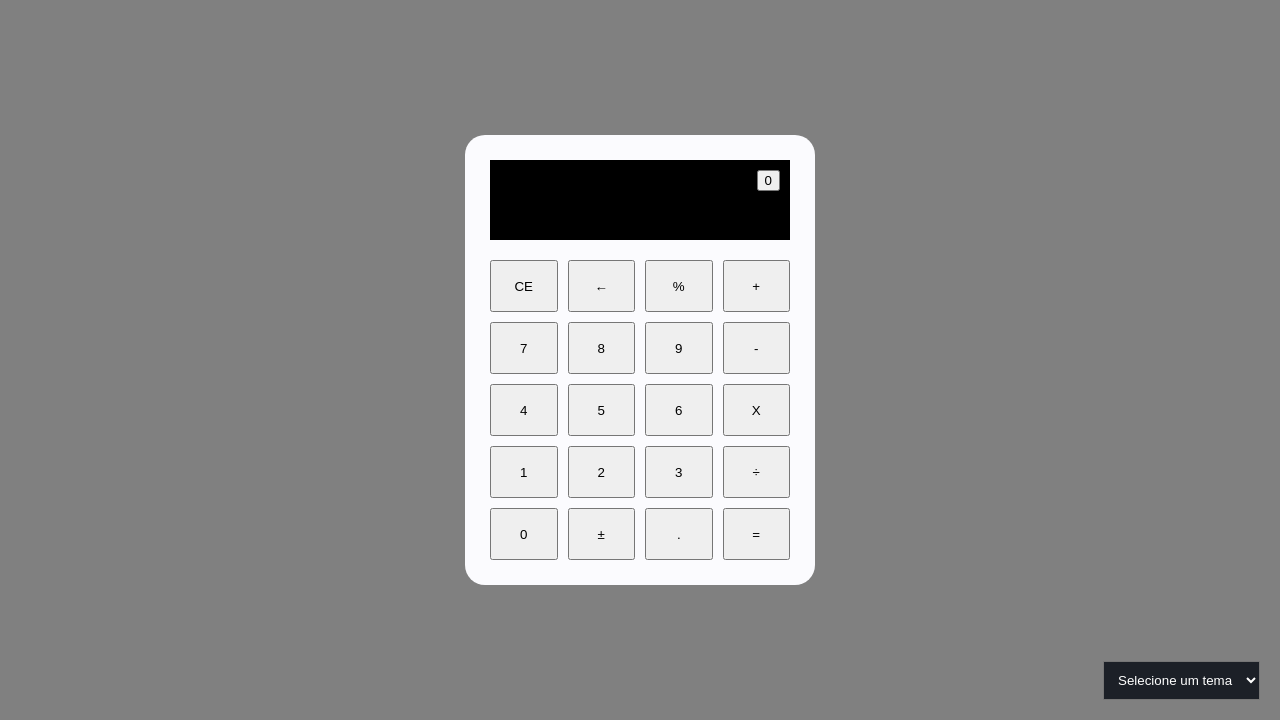
Repository: thislucasme/changing-theme-color-html-css-js
Page: index.html
These files come from the project's save history. The page is drawn as it stood at one moment and after the next save; the edit follows.
The browser window is 1280 px wide. The pictures show the whole page.

Above is the page before, as saved 2022-06-29 16:13:08.

### index.html
<!DOCTYPE html>
<html lang="pt_BR">

<head>
    <meta charset="UTF-8">
    <meta http-equiv="X-UA-Compatible" content="IE=edge">
    <meta name="viewport" content="width=device-width, initial-scale=1.0">
    <title>Atividade 22 - Calculadora Javascript</title>
    <link href="css/estilo.css" rel="stylesheet"/>
</head>

<body>
    <div class="calculadora">
        <div class="painel">
            <div class="operacao"></div>
            <div class="resultado"></div>
            <button id="resultado" name="resultado">0</button>
        </div>

        <div class="botoes">
            <button class="botao" id="apagar" onclick="limpar(0)">CE</button>
            <button class="botao" id="apagar" onclick="apagarUltimo()">&#8592;</button>
            <button class="botao" id="porcentagem" onclick="porcentagem()">%</button>
            <button class="botao" id="soma" onclick="verificarSinal('+')">+</button>
            <button class="botao" id="sete" onclick="pegarNumero(7)">7</button>
            <button class="botao" id="oito" onclick="pegarNumero(8)">8</button>
            <button class="botao" id="nove" onclick="pegarNumero(9)">9</button>
            <button class="botao" id="subtrair" onclick="verificarSinal('-')">-</button>
            <button class="botao" id="quatro" onclick="pegarNumero(4)">4</button>
            <button class="botao" id="cinco" onclick="pegarNumero(5)">5</button>
            <button class="botao" id="seis" onclick="pegarNumero(6)">6</button>
            <button class="botao" id="multiplicar" onclick="verificarSinal('x')">X</button>
            <button class="botao" id="um" onclick="pegarNumero(1)">1</button>
            <button class="botao" id="dois" onclick="pegarNumero(2)">2</button>
            <button class="botao" id="3" onclick="pegarNumero(3)">3</button>
            <button class="botao" id="dividir" onclick="verificarSinal('/')">&#247;</button>
            <button class="botao" id="0" onclick="pegarNumero(0)">0</button>
            <button class="botao" id="mais/menos" onclick="mudarSinal()">&#177;</button>
            <button class="botao" id="virgula" onclick="colocarPonto()">.</button>
            <button class="botao" id="igual" onclick="darResultado()">=</button>
        </div>
    </div>
    <select name="tema" id="tema" >
        <option value="t">Selecione um tema</option>
        <option value="tema-1">Tema 1</option>
        <option value="tema-2">Tema 2</option>
        <option value="tema-3">Tema 3</option>
        <option value="tema-4">Tema 4</option>
        <option value="tema-5">Tema 5</option>
    </select>
</body>

<script src="js/script.js" ></script>

</html>

### css/estilo.css
body {
    background-color: grey;
}

html {
    margin: 0;
    padding: 0;
    height: 100vh;
    display: flex;
    justify-content: center;
    align-items: center;
}

.theme-light {
    --color-primary: #0060df;
    --color-secondary: #fbfbfe;
    --color-accent: #fd6f53;
    --font-color: #000000;
    --display-color: #000000;
}

.theme-dark {
    --color-primary: #17ed90;
    --color-secondary: #243133;
    --color-accent: #12cdea;
    --font-color: #ffffff;
    --display-color: #000000;
}

.calculadora {
    width: 300px;
    height: 400px;
    background-color: var(--color-secondary);
    border-radius: 20px;
    padding: 25px;
    display: flex;
    flex-direction: column;

}

.apagar {
    background-color: red;
}



.painel {
    height: 80px;
    width: 100%;
    background-color: var(--display-color);
    margin-bottom: 20px;
    font-family: 'LCDMono2 Bold', monospace;
    color: rgba(0, 0, 0, 0.6);
    text-shadow: 4px 4px 3px rgb(0 0 0 / 30%);
    padding: 10px;
    box-sizing: border-box;
    text-align: right;
}

.painel .operacao {
    font-size: 1.5rem;
}

.painel .resultado {
    font-size: 2.5rem;
}

.botoes {

    display: grid;
    grid-template-columns: repeat(4, 1fr);
    grid-template-rows: repeat(5, 1fr);
    gap: 10px;
    flex: 1;
}

.botoes a {

    background-color: #666;
    text-decoration: none;
    color: black;
    text-align: center;
    font-size: 1.5em;
    display: flex;
    justify-content: center;
    align-items: center;
}

.btn-igual {
    grid-row-start: 4;
    grid-row-end: 6;
    grid-column-start: 4;

}

.btn-c {
    grid-column-start: 1;
    grid-column-end: 3;
}

.btn-0 {
    grid-column-start: 1;
    grid-column-end: 3;
}

#tema {
    background-color: rgb(28, 32, 39);
    color: white;
    padding: 10px;
    position: fixed;
    bottom: 20px;
    right: 20px;
}

#tema>option:hover {
    box-shadow: 0 0 10px 100px #a86218 inset;

}

.tema-1 {
    background-color: grey;
}

.tema-1 .botoes a {
    background-color: aquamarine;
    box-shadow: #666;
}

.tema-2 {
    background-color: red;
}

.tema-3 {
    background-color: azul;
}

.tema-4 {
    background-color: aquamarine;
}

@font-face {
    font-family: 'LCDMono2 Bold';
    font-style: normal;
    font-weight: normal;
    src: local('LCDMono2 Bold'), url('../fonts/LCDM2B__.woff') format('woff');
}

### js/script.js
const nmrTela = document.getElementById("resultado")
var valoresEspaco = '';
var valores = []
window.addEventListener("keydown", teclado);



function pegarNumero(numero) {
    if (nmrTela.innerHTML == "0") {
        nmrTela.innerHTML = numero
    }
    else {
        nmrTela.innerHTML += `${numero}`
    }
}

function verificarSinal(sinal) {
    if (valores.length <= 1) {
        valoresEspaco = nmrTela.innerHTML.split(' ')
        valores.push(parseFloat(nmrTela.innerHTML))
        nmrTela.innerHTML += ` ${sinal} `
        valores.push(sinal)
    }
}

function porcentagem() {
    var caracteres = nmrTela.innerHTML.split(' ')
    console.log(caracteres.length, caracteres)
    if (caracteres.length == 3) {
        var valorPorCento = parseFloat(caracteres[2]) / 100
        var caracteresValor2 = caracteres[2].split('')
        if (caracteresValor2.length != 0) {
            if (caracteresValor2[caracteresValor2.length - 1] != "%") {
                nmrTela.innerHTML += '%'
            }
            valores.push(valorPorCento)
        }
    }
}

function colocarPonto() {
    var caracteresDaConta = []
    var caracteresValor1 = []
    var caracteresValor2 = []
    caracteresDaConta.push(nmrTela.innerHTML.trim().split(' '))//separa entre valor 1, operação e valor2
    caracteresValor1.push(caracteresDaConta[0][0].split(''))//separa cada caractere do valor 1

    if (caracteresDaConta[0].length == 3) {
        caracteresValor2.push(caracteresDaConta[0][2].split(''))//se exister 3 posições, separa cada caractere do valor 2
        verificarSeExistePonto(caracteresValor2)
    }

    verificarSeExistePonto(caracteresValor1)

    function verificarSeExistePonto(caracteresValor) {
        for (let i in caracteresValor[0]) {
            if (caracteresValor[0][i] == '.') {
                var acumuladora = '.'
            }
        }

        if (!(acumuladora == '.')) {
            nmrTela.innerHTML += '.'
        }
    }
}

function mudarSinal() {
    const caracteresDaConta = nmrTela.innerHTML.trim().split(' ')
    let caracteresValor1 = caracteresDaConta[0].split('')
    let valor1 = ''
    let valor2 = ''

    if (caracteresDaConta.length == 3) {
        var caracteresValor2 = caracteresDaConta[2].split('')

        if (caracteresValor2[0] == '-') {
            caracteresValor2.shift()
            imprimirValor(caracteresValor2, valor2, caracteresDaConta)
        }
        else {
            caracteresValor2.unshift('-')
            imprimirValor(caracteresValor2, valor2, caracteresDaConta);
        }
    }

    if (valores.length == 0) {
        if (caracteresValor1[0] == "-") {
            caracteresValor1.shift()
            imprimirValor(caracteresValor1, valor1)
        }
        else {
            caracteresValor1.unshift('-')
            imprimirValor(caracteresValor1, valor1)
        }
    }

    function imprimirValor(caracteresValor, valorNumero, caracteresConta) {
        caracteresValor.forEach(valor => {
            valorNumero += valor;
        })
        if (caracteresConta != undefined) {
            nmrTela.innerHTML = `${caracteresConta[0]} ${caracteresConta[1]} ${valorNumero}`
        }
        else {
            nmrTela.innerHTML = valorNumero
        }
    }
}

function darResultado() {
    var resultado = 0
    var operacao = valores[1]
    if (operacao == '-') {
        tratarResultado('-')
    }
    else if (operacao == '+') {
        tratarResultado('+')
    }
    else if (operacao == 'x') {
        tratarResultado('*')
    }
    else if (operacao == '/') {
        tratarResultado('/')
    }
    valores.splice(0, 3)

    function tratarResultado(operacao) {
        valoresEspaco = nmrTela.innerHTML.split(' ')
        valores.push(valoresEspaco[2])
        switch (operacao) {
            case '-':
                resultado = parseFloat(valores[0]) - parseFloat(valores[2])
                limpar(resultado)
                break;
            case '+':
                resultado = parseFloat(valores[0]) + parseFloat(valores[2])
                limpar(resultado)
                break;
            case '*':
                resultado = parseFloat(valores[0]) * parseFloat(valores[2])
                limpar(resultado)
                break;
            case '/':
                resultado = parseFloat(valores[0]) / parseFloat(valores[2])
                limpar(resultado)
                break;
        }
    }
}

function limpar(valor) {
    valores.splice(0, 3)
    nmrTela.innerHTML = valor
}

function apagarUltimo() {
    var caracteres = nmrTela.innerHTML.trim().split('')
    var arrayCaracteresTela = ""
    caracteres.pop()
    for (let i in caracteres) { arrayCaracteresTela += caracteres[i] }
    if ((arrayCaracteresTela == []) || (arrayCaracteresTela == '-')) {
        nmrTela.innerHTML = 0
    }
    else {
        nmrTela.innerHTML = arrayCaracteresTela
    }

    if (caracteres.length == 0) {
        valores.pop()
        valores.pop()
    }
}

function teclado() {
    const numbers = '0123456789'
    const operadores = '+-/x'
    var tecla = event.key
    if (numbers.includes(tecla)) {
        pegarNumero(tecla)
    }
    else if (operadores.includes(tecla)) {
        verificarSinal(tecla)
    }
    else switch (tecla) {
        case '*':
            verificarSinal('x')
            break;
        case '%':
            porcentagem()
            break;
        case '.':
        case ',':
            colocarPonto();
            break;
        case '=':
        case 'Enter':
            darResultado();
            break;
        case 'Backspace':
            apagarUltimo()
            break;
        case 'Escape':
            limpar(0);
            break;
    }
}

const options = document.getElementById("tema");

options.addEventListener("change", function () {
    if (options.value) {
        if (options.value === "tema-1") {
            console.log("tema 1")
        }
        if (options.value === "tema-2") {
            document.getElementsByClassName("calculadora-dois").classList.remove("calculadora-dois");
            document.getElementsByClassName("calculadora-dois").classList.add("calculadora");
        }
        if (options.value === "tema-3") {
            console.log("tema 3")
        }
        if (options.value === "tema-4") {
            console.log("tema 4")
        }
    }
});
function setTheme(themeName) {
    // localStorage.setItem('theme', themeName);
    document.documentElement.className = themeName;
}
setTheme('theme-light');

After the next save:
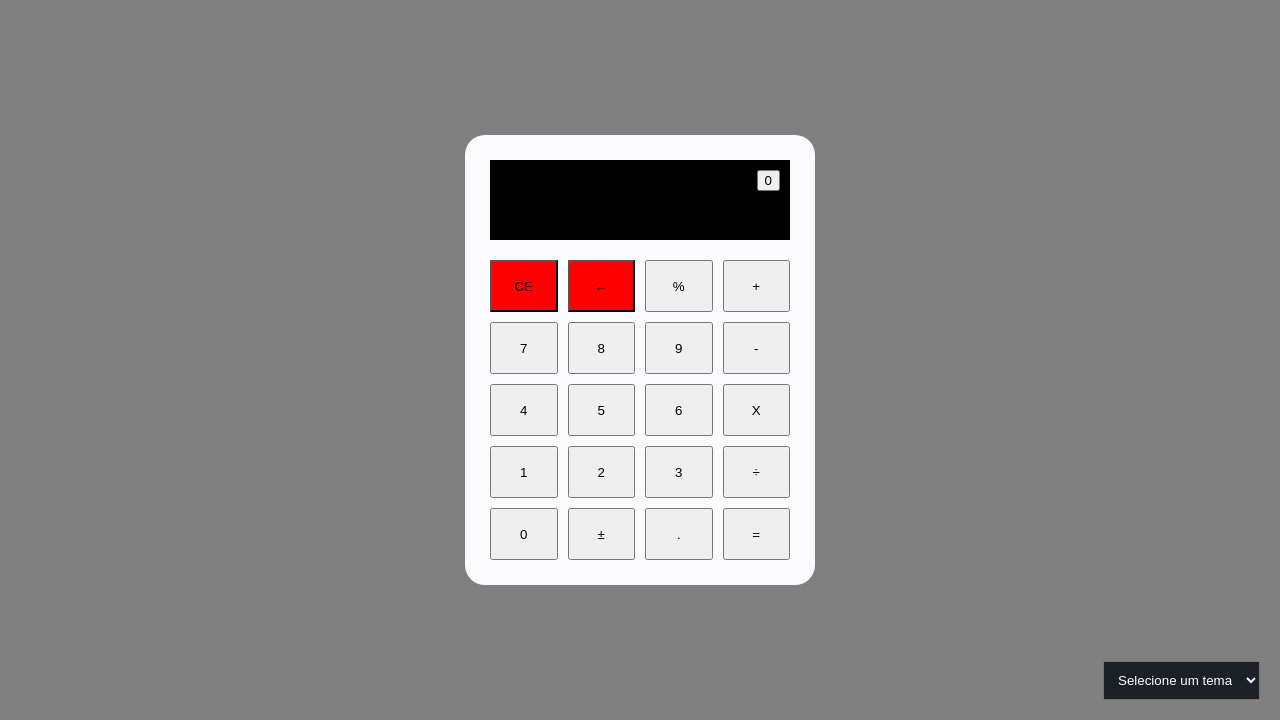
Saved 14 s later.
--- a/css/estilo.css
+++ b/css/estilo.css
@@ -38,7 +38,7 @@ html {
 
 }
 
-.apagar {
+#apagar {
     background-color: red;
 }
 
